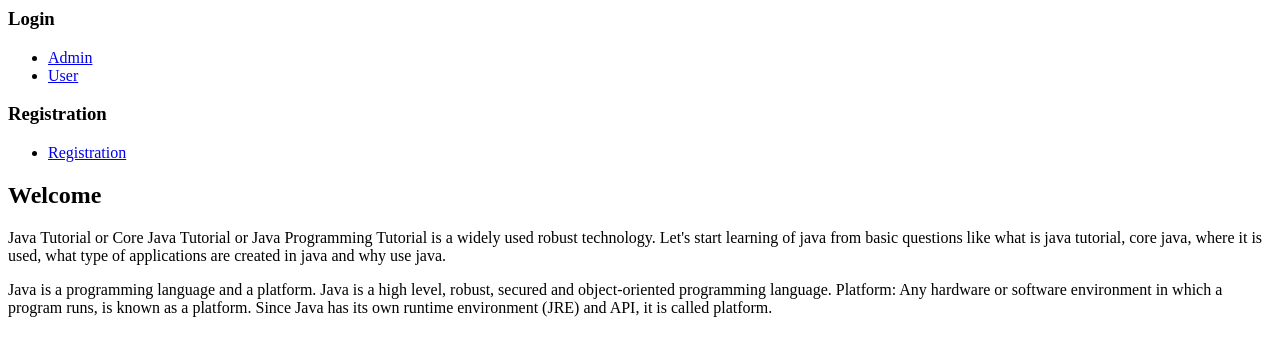
Repository: Dipak27/Dipak-s-front-end
Page: http://localhost/Traning_Management/maincontent.jsp
The author's editor kept a copy of each file at every save. The page is drawn from the files as they stood at one save, then again after the next save.
The browser window is 1280 px wide. The pictures show the whole page.
The page is served by Tomcat 9.

Above is the page before, as saved 2016-11-09 06:23:38.

After the next save:
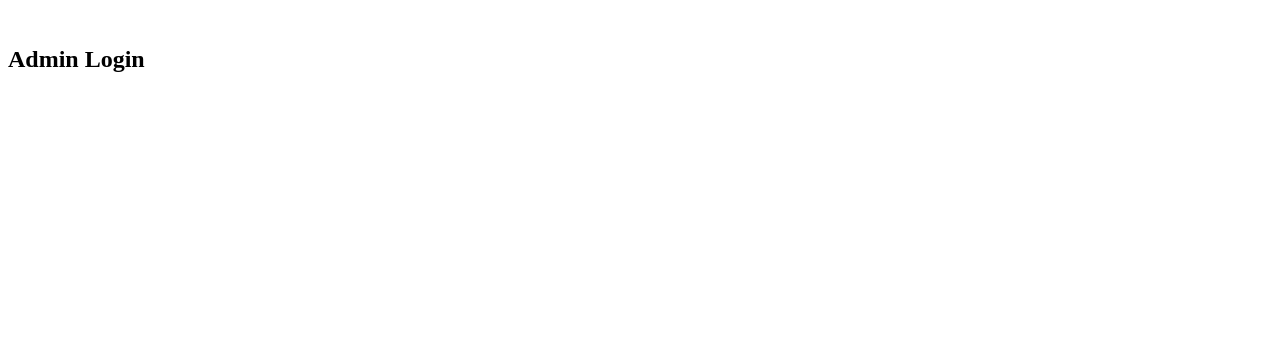
Saved 114 s later.
--- a/Training Management Project/Traning_Management/src/main/webapp/maincontent.jsp
+++ b/Training Management Project/Traning_Management/src/main/webapp/maincontent.jsp
@@ -8,52 +8,25 @@
 	<div class="container_24">
 		<div class="grid_24">
 			<div class="contents">
-				<div class="grid_6 alpha">
-					<div class="padding_20">
 
-					<div class="accordion nav-sidebar">
-							<h3>Login</h3>
-								<div>
-									<ul>
-										<li><a href="adminlogin.jsp">Admin</a></li>
-										<li><a href="userlogin.jsp">User</a></li>
-									</ul>
-								</div>
-							<h3>Registration</h3>
-								<div>
-									<ul>
-										<li><a href="registration.jsp">Registration</a></li>
-									</ul>
-								</div>
+			<div class="grid_18 omega">
+						 &nbsp;&nbsp;<h2>Admin Login</h2>
+							<div class="padding_20 text-justify">
 
+							</div>
 						</div>
 
-
+					<div class="clear"></div>
 					</div>
 				</div>
-
-				<div class="grid_16 omega">
-					<div class="padding_20 text-justify">
-								<h2>Welcome</h2>
-						  			<p> Java Tutorial or Core Java Tutorial or Java Programming Tutorial is a widely used robust technology. Let's start learning of java from basic questions like what is java tutorial, core java, where it is used, what type of
-						  			 applications are created in java and why use java.</p>
-						  			 <p>Java is a programming language and a platform.
-
-Java is a high level, robust, secured and object-oriented programming language.
-
-Platform: Any hardware or software environment in which a program runs, is known as a platform. Since Java has its own runtime environment (JRE) and API, it is called platform.</p>
-
-
-					</div>
-				</div>
-
-
+			</div>
 
 				<div class="clear"></div>
 				<div class="padding_20 text-justify">
 
 				</div>
-			</div>
+
 		</div>
 	</div>
 	<!-- CONTENTS END -->
+	<!-- CONTENTS END -->

After the save that followed:
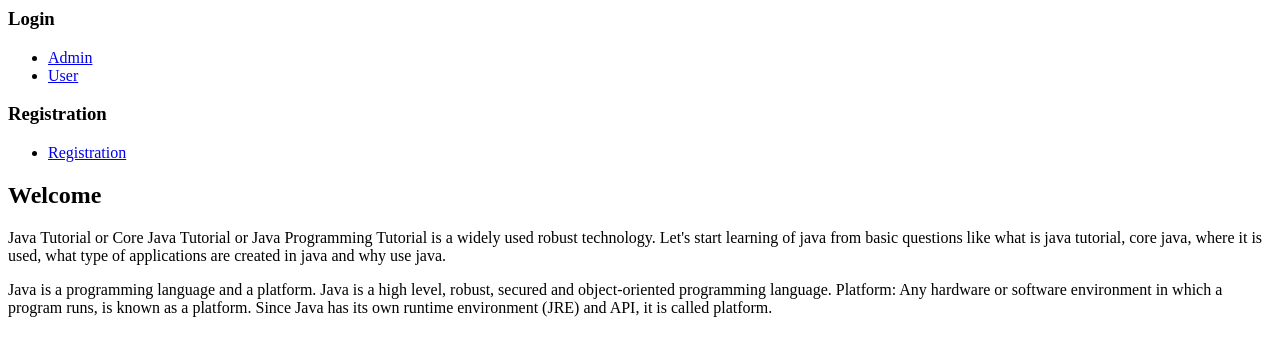
Saved 16 s later.
--- a/Training Management Project/Traning_Management/src/main/webapp/maincontent.jsp
+++ b/Training Management Project/Traning_Management/src/main/webapp/maincontent.jsp
@@ -8,25 +8,52 @@
 	<div class="container_24">
 		<div class="grid_24">
 			<div class="contents">
+				<div class="grid_6 alpha">
+					<div class="padding_20">
 
-			<div class="grid_18 omega">
-						 &nbsp;&nbsp;<h2>Admin Login</h2>
-							<div class="padding_20 text-justify">
+					<div class="accordion nav-sidebar">
+							<h3>Login</h3>
+								<div>
+									<ul>
+										<li><a href="adminlogin.jsp">Admin</a></li>
+										<li><a href="userlogin.jsp">User</a></li>
+									</ul>
+								</div>
+							<h3>Registration</h3>
+								<div>
+									<ul>
+										<li><a href="registration.jsp">Registration</a></li>
+									</ul>
+								</div>
 
-							</div>
 						</div>
 
-					<div class="clear"></div>
+
 					</div>
 				</div>
-			</div>
+
+				<div class="grid_16 omega">
+					<div class="padding_20 text-justify">
+								<h2>Welcome</h2>
+						  			<p> Java Tutorial or Core Java Tutorial or Java Programming Tutorial is a widely used robust technology. Let's start learning of java from basic questions like what is java tutorial, core java, where it is used, what type of
+						  			 applications are created in java and why use java.</p>
+						  			 <p>Java is a programming language and a platform.
+
+Java is a high level, robust, secured and object-oriented programming language.
+
+Platform: Any hardware or software environment in which a program runs, is known as a platform. Since Java has its own runtime environment (JRE) and API, it is called platform.</p>
+
+
+					</div>
+				</div>
+
+
 
 				<div class="clear"></div>
 				<div class="padding_20 text-justify">
 
 				</div>
-
+			</div>
 		</div>
 	</div>
 	<!-- CONTENTS END -->
-	<!-- CONTENTS END -->
